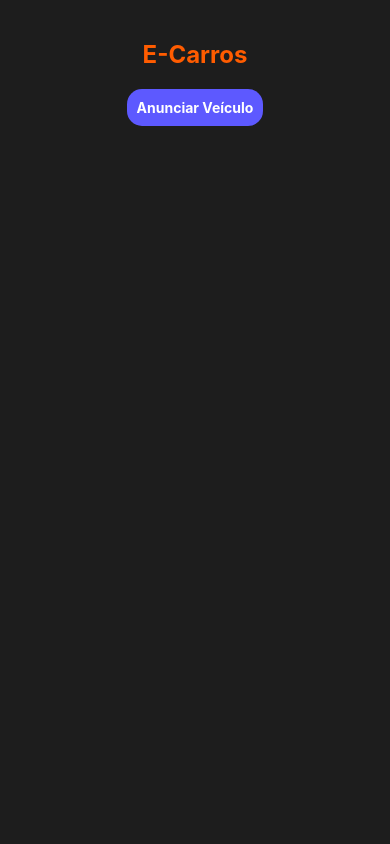
Repository: Matheus904-12/OpenAI---1
Screen: / (app in E-CARROS/)
These files come from the project's save history. The screen is drawn as it stood at one moment and after the next save; the edit follows.
The app was drawn by React Native's web renderer in a window 390 px wide. The project was rebuilt for these pictures with package versions that can differ from the ones it lists, and the page was loaded fresh each time.

Above is the screen before, as saved 2024-04-24 20:37:13.

### E-CARROS/App.tsx
import React, { useState } from 'react';
import { StyleSheet, Text, View, TextInput, TouchableOpacity, Modal, Alert, FlatList } from 'react-native';
import Carousel from 'react-native-snap-carousel';

export default function App() {
  const [vehicles, setVehicles] = useState([]);
  const [modalVisible, setModalVisible] = useState(false);
  const [newVehicle, setNewVehicle] = useState({
    brand: '',
    model: '',
    year: '',
    mileage: '',
    price: '',
  });

  const handleAddVehicle = () => {
    if (
      newVehicle.brand === '' ||
      newVehicle.model === '' ||
      newVehicle.year === '' ||
      newVehicle.mileage === '' ||
      newVehicle.price === ''
    ) {
      Alert.alert('Erro', 'Todos os campos são obrigatórios!', [{ text: 'Ok' }]);
      return;
    }

    setVehicles([...vehicles, newVehicle]);
    setNewVehicle({
      brand: '',
      model: '',
      year: '',
      mileage: '',
      price: '',
    });
    setModalVisible(false);

    Alert.alert('Sucesso', 'Veículo anunciado com sucesso!', [{ text: 'Ok' }]);
  };

  const handleSeeMore = async (vehicle) => {
    try {
      const response = await fetch("https://api.openai.com/v1/chat/completions", {
        method: "POST",
        headers: {
          "Content-Type": "application/json",
          "Authorization": `Bearer `,
        },
        body: JSON.stringify({
          model: "gpt-3.5-turbo",
          messages: [
            {
              role: 'user',
              content: `Saber mais sobre o veículo: ${vehicle.brand} ${vehicle.model} ${vehicle.year}`
            }
          ],
          temperature: 0.7,
          max_tokens: 150,
          top_p: 1,
        })
      });

      const data = await response.json();
      const vehicleInfo = data.choices[0].message.content;

      Alert.alert('Detalhes do Veículo', vehicleInfo, [{ text: 'Ok' }]);
    } catch (error) {
      console.error('Erro ao obter informações do veículo:', error);
      Alert.alert('Erro', 'Erro ao obter informações do veículo. Por favor, tente novamente mais tarde.', [{ text: 'Ok' }]);
    }
  };

  const renderItem = ({ item }) => {
    return (
      <View style={styles.vehicleItem}>
        <Text style={styles.vehicleText}>{`Marca: ${item.brand}`}</Text>
        <Text style={styles.vehicleText}>{`Modelo: ${item.model}`}</Text>
        <Text style={styles.vehicleText}>{`Ano: ${item.year}`}</Text>

        <TouchableOpacity
          style={styles.contactButton}
          onPress={() => handleSeeMore(item)}
        >
          <Text style={styles.contactButtonText}>Saber Mais</Text>
        </TouchableOpacity>
      </View>
    );
  };

  return (
    <View style={styles.container}>
      <Text style={styles.header}>E-Carros</Text>
      <TouchableOpacity
        style={styles.addButton}
        onPress={() => setModalVisible(true)}
      >
        <Text style={styles.addButtonText}>Anunciar Veículo</Text>
      </TouchableOpacity>
      <Modal
        animationType="slide"
        transparent={true}
        visible={modalVisible}
        onRequestClose={() => setModalVisible(false)}
      >
        <View style={styles.modalContainer}>
          <View style={styles.modalContent}>
            <Text style={styles.modalTitle}>Novo Veículo</Text>
            <TextInput
              style={styles.input}
              placeholder="Marca"
              value={newVehicle.brand}
              onChangeText={text => setNewVehicle({...newVehicle, brand: text})}
            />
            <TextInput
              style={styles.input}
              placeholder="Modelo"
              value={newVehicle.model}
              onChangeText={text => setNewVehicle({...newVehicle, model: text})}
            />
            <TextInput
              style={styles.input}
              placeholder="Ano"
              value={newVehicle.year}
              onChangeText={text => setNewVehicle({...newVehicle, year: text})}
            />
            <TextInput
              style={styles.input}
              placeholder="Quilometragem"
              value={newVehicle.mileage}
              onChangeText={text => setNewVehicle({...newVehicle, mileage: text})}
            />
            <TextInput
              style={styles.input}
              placeholder="Preço"
              value={newVehicle.price}
              onChangeText={text => setNewVehicle({...newVehicle, price: text})}
            />
            <TouchableOpacity
              style={styles.addButton}
              onPress={handleAddVehicle}
            >
              <Text style={styles.addButtonText}>Anunciar</Text>
            </TouchableOpacity>
            <TouchableOpacity
              style={[styles.addButton, styles.cancelButton]}
              onPress={() => setModalVisible(false)}
            >
              <Text style={styles.addButtonText}>Cancelar</Text>
            </TouchableOpacity>
          </View>
        </View>
      </Modal>
      <FlatList
        style={styles.vehicleList}
        data={vehicles}
        renderItem={renderItem}
        keyExtractor={(item, index) => index.toString()}
      />
    </View>
  );
}

const styles = StyleSheet.create({
  container: {
    flex: 1,
    backgroundColor: '#1d1d1d',
    alignItems: 'center',
    paddingTop: 40,
  },
  header: {
    fontSize: 24,
    fontWeight: 'bold',
    marginBottom: 20,
    color: '#FF5C00',
    paddingTop: '15',
  },
  addButton: {
    backgroundColor: '#5D59FF',
    padding: 10,
    borderRadius: 15,
    marginBottom: 20,
  },
  addButtonText: {
    color: 'white',
    fontWeight: 'bold',
    textAlign: 'center',
  },
  vehicleList: {
    flex: 1,
    width: '100%',
  },
  vehicleItem: {
    backgroundColor: 'white',
    padding: 20,
    marginBottom: 20,
    borderRadius: 15,
    shadowColor: '#000',
    shadowOffset: { width: 50, height: 20 },
    shadowOpacity: 0.1,
    shadowRadius: 4,
    elevation: 2,

  },
  vehicleText: {
    fontSize: 16,
    marginBottom: 10,
  },
  contactButton: {
    backgroundColor: '#4CD964',
    padding: 5,
    borderRadius: 8,
    marginTop: 10,
  },
  contactButtonText: {
    color: 'white',
    fontWeight: 'bold',
    textAlign: 'center',
  },
  modalContainer: {
    flex: 1,
    justifyContent: 'center',
    alignItems: 'center',
    backgroundColor: 'rgba(79, 79, 89, 1)',
  },
  modalContent: {
    backgroundColor: 'white',
    padding: 20,
    borderRadius: 10,
    width: '80%',
  },
  modalTitle: {
    fontSize: 20,
    fontWeight: 'bold',
    marginBottom: 20,
  },
  input: {
    borderWidth: 1,
    borderColor: '#000000',
    borderRadius: 8,
    padding: 10,
    marginBottom: 20,
  },
  cancelButton: {
    backgroundColor: '#FF5c00',
  },
});

After the next save:
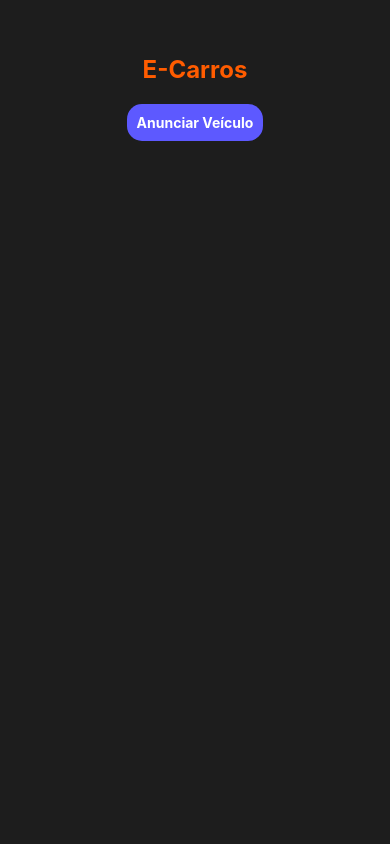
Saved 20 s later.
--- a/E-CARROS/App.tsx
+++ b/E-CARROS/App.tsx
@@ -172,7 +172,7 @@
     fontWeight: 'bold',
     marginBottom: 20,
     color: '#FF5C00',
-    paddingTop: '15',
+    paddingTop: 15,
   },
   addButton: {
     backgroundColor: '#5D59FF',

After the save that followed:
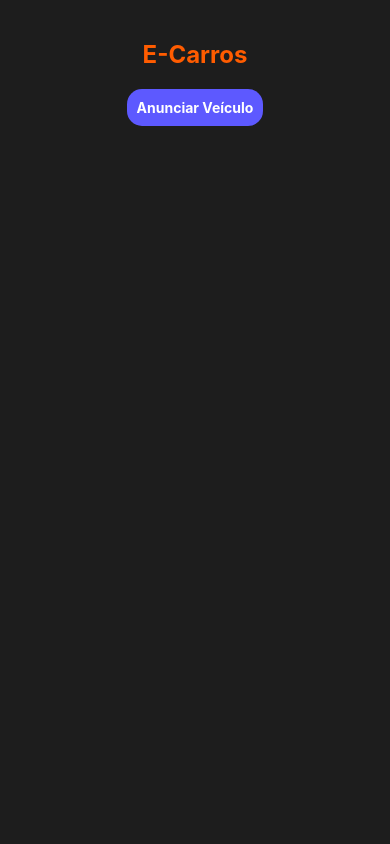
Saved 11 s later.
--- a/E-CARROS/App.tsx
+++ b/E-CARROS/App.tsx
@@ -172,7 +172,7 @@
     fontWeight: 'bold',
     marginBottom: 20,
     color: '#FF5C00',
-    paddingTop: 15,
+    paddingTop: -15,
   },
   addButton: {
     backgroundColor: '#5D59FF',
